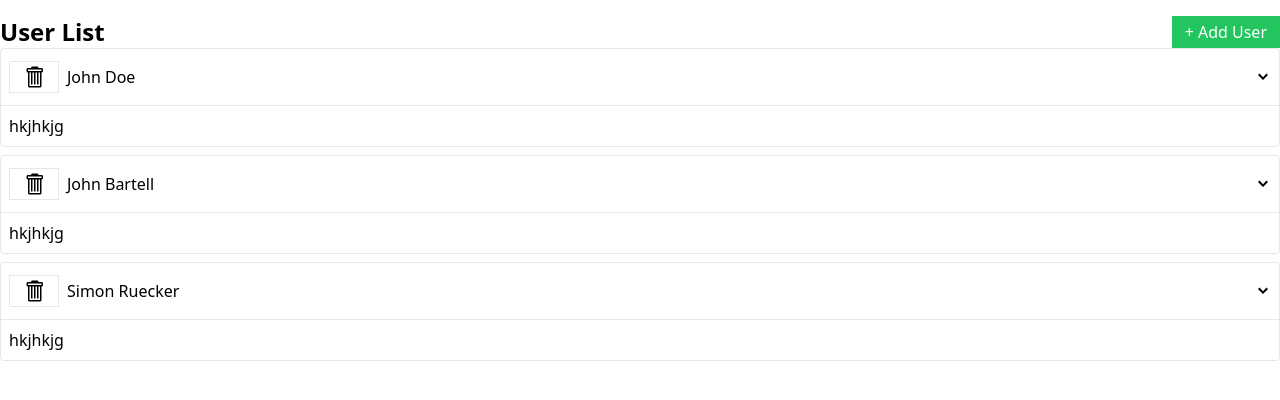
Repository: Marhamat92/users-app-redux-thunk-and-query
Page: /
These files come from the project's save history. The page is drawn as it stood at one moment and after the next save; the edit follows.
The browser window is 1280 px wide. The pictures show the whole page.
The project was rebuilt for these pictures with package versions that can differ from the ones it lists, and the page was loaded fresh each time. Requests to the local data server were answered from the project's data file.

Above is the page before, as saved 2023-01-31 23:48:44.

After the next save:
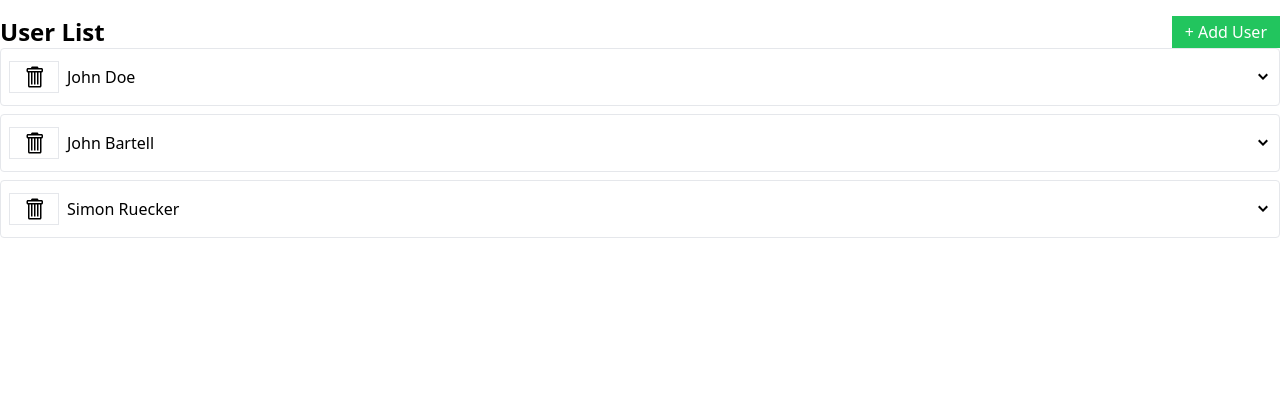
Saved 40 s later.
--- a/src/components/ExpandablePanel.js
+++ b/src/components/ExpandablePanel.js
@@ -17,9 +17,12 @@ function ExpandablePanel({ header, children }) {
           {expanded ? <GoChevronLeft onClick={() => setExpanded(false)} /> : <GoChevronDown onClick={() => setExpanded(true)} />}
         </div>
       </div>
-      <div className='p-2 border-t' >
-        {children}
-      </div>
+      {
+        expanded && <div className='p-2 border-t' >
+          {children}
+        </div>
+      }
+
     </div>
   )
 }
